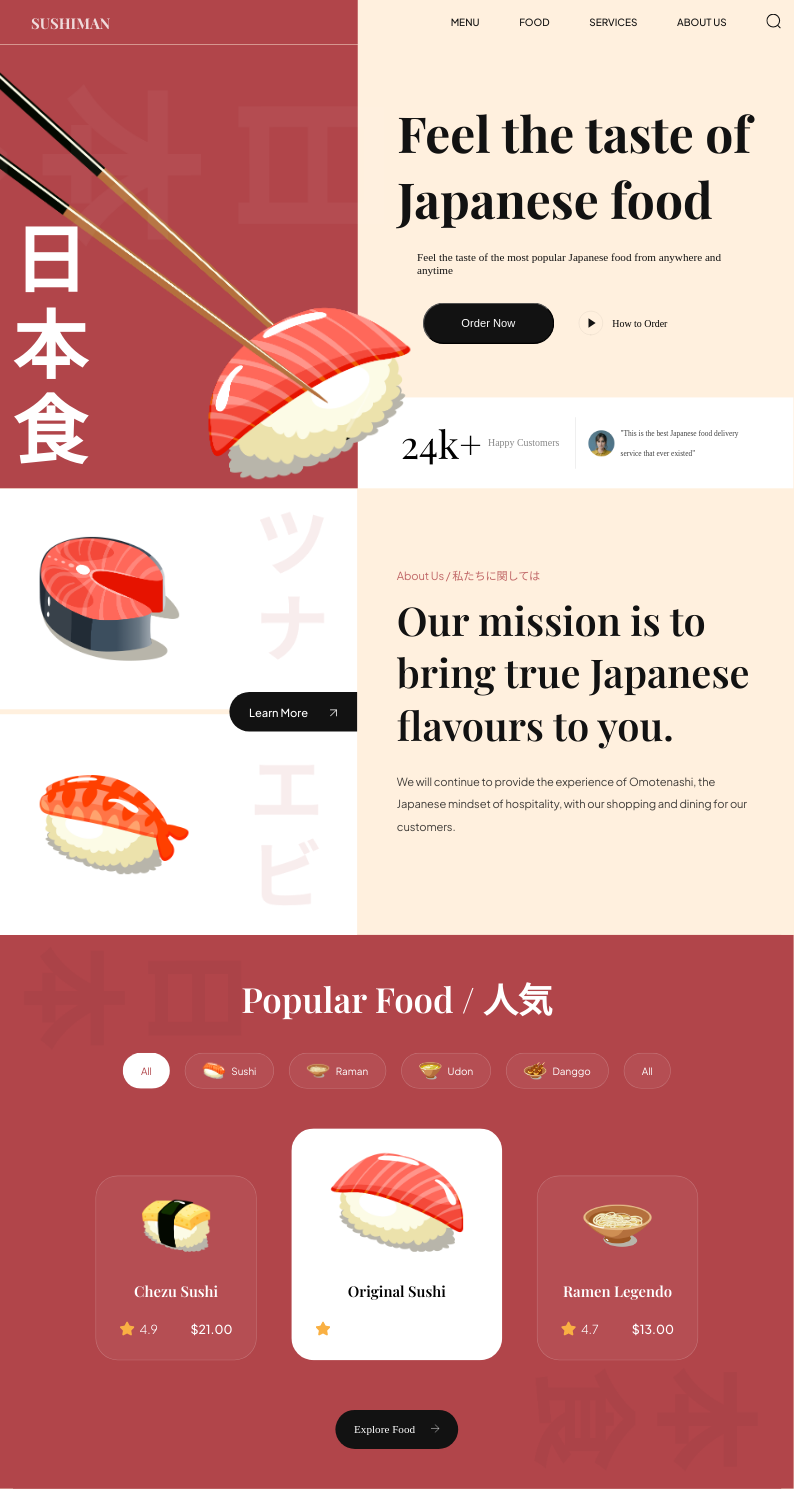
Repository: echoyol/sushiWebsite
Page: index.html
An editor plug-in stored every save of this project. The page is shown before and after the next save, followed by the edit.
The browser window is 1280 px wide. The pictures show the whole page, at 62% of full size.

Above is the page before, as saved 2023-06-05 21:00:55.

### index.html
<!DOCTYPE html>
<html lang="en">
  <head>
    <meta charset="UTF-8" />
    <meta
      http-equiv="X-UA-Compatible"
      content="IE=edge"
    />
    <meta
      name="viewport"
      content="width=device-width, initial-scale=1.0"
    />
    <link
      rel="icon"
      type="image/png"
      href="/public/sushi.png"
    />
    <link
      rel="stylesheet"
      href="/css/style.css"
    />
    <title>Sushiman</title>
  </head>
  <body>
    <header>
      <nav class="header_nav">
        <div class="header__logo">
          <h4>Sushiman</h4>
          <div class="header__logo-overlay"></div>
        </div>
        <ul class="header__menu">
          <li>
            <a href="#menu">Menu</a>
          </li>
          <li>
            <a href="#food">Food</a>
          </li>
          <li>
            <a href="#services">Services</a>
          </li>
          <li>
            <a href="#about-us">About Us</a>
          </li>
          <li>
            <img
              src="assets/search.svg"
              alt="search"
            />
          </li>
        </ul>
        <ul class="header__menu-mobile">
          <li>
            <img
              src="assets/menu.svg"
              alt="menu"
            />
          </li>
        </ul>
      </nav>
    </header>

    <section class="hero">
      <div class="hero-image">
        <img
          src="assets/sushi-1.png"
          alt="sushi"
        />
        <h2>
          日<br />
          本<br />
          食
        </h2>

        <div class="hero-image__overlay"></div>
      </div>

      <div class="hero-content">
        <div class="hero-content-info">
          <h1>Feel the taste of Japanese food</h1>
          <p>
            Feel the taste of the most popular Japanese food from anywhere and
            anytime
          </p>

          <div class="hero-content__buttons">
            <button class="hero-content__order-button">Order Now</button>
            <button class="hero-content__play-button">
              <img
                src="assets/play-circle.svg"
                alt="play"
              />
              How to Order
            </button>
          </div>
        </div>
        <div class="hero-content__testimonial">
          <div class="hero-content__customer flex-center">
            <h4>24<span>k+</span></h4>
            <p>Happy Customers</p>
          </div>

          <div class="hero-content__review">
            <img
              src="assets/user.png"
              alt="user"
            />
            <p>
              "This is the best Japanese food delivery service that ever
              existed"
            </p>
          </div>
        </div>
      </div>
    </section>

    <section
      class="about-us"
      id="about-us"
    >
      <div class="about-us__image">
        <div class="about-us__image-sushi3">
          <img
            src="assets/sushi-3.png"
            alt="sushi"
          />
        </div>

        <button class="about-us__button">
          Learn More

          <img
            src="assets/arrow-up-right.svg"
            alt="learn more"
          />
        </button>

        <div class="about-us__image-sushi2">
          <img
            src="assets/sushi-2.png"
            alt="sushi"
          />
        </div>
      </div>

      <div class="about-us__content">
        <p class="sushi__subtitle">About Us / 私たちに関しては</p>
        <h3 class="sushi__title">
          Our mission is to bring true Japanese flavours to you.
        </h3>
        <p class="sushi__description">
          We will continue to provide the experience of Omotenashi, the Japanese
          mindset of hospitality, with our shopping and dining for our
          customers.
        </p>
      </div>
    </section>

    <section
      class="popular-foods"
      id="menu"
    >
      <h2 class="popular-foods__title">Popular Food / 人気</h2>

      <div class="popular-foods__filters sushi__hide-scrollbar">
        <button class="popular-foods__filter-btn active">All</button>
        <button class="popular-foods__filter-btn">
          <img
            src="assets/sushi-9.png"
            alt="sushi 9"
          />
          Sushi
        </button>
        <button class="popular-foods__filter-btn">
          <img
            src="assets/sushi-8.png"
            alt="sushi 8"
          />
          Raman
        </button>
        <button class="popular-foods__filter-btn">
          <img
            src="assets/sushi-7.png"
            alt="sushi 7"
          />
          Udon
        </button>
        <button class="popular-foods__filter-btn">
          <img
            src="assets/sushi-6.png"
            alt="sushi 6"
          />
          Danggo
        </button>
        <button class="popular-foods__filter-btn">All</button>
      </div>

      <div class="popular-foods__catalogue">
        <article class="popular-foods__card">
          <img
            class="popular-foods__card-image"
            src="assets/sushi-12.png"
            alt="sushi-12"
          />
          <h4 class="popular-foods__card-title">Chezu Sushi</h4>

          <div class="popular-foods__card-details flex-between">
            <div class="popular-foods__card-rating">
              <img
                src="assets/star.svg"
                alt="star"
              />
              <p>4.9</p>
            </div>
            <p class="popular-foods__card-price">$21.00</p>
          </div>
        </article>

        <article class="popular-foods__card active-card">
          <img
            class="popular-foods__card-image"
            src="assets/sushi-11.png"
            alt="sushi-11"
          />
          <h4 class="popular-foods__card-title">Original Sushi</h4>

          <div class="popular-foods__card-details flex-between">
            <div class="popular-foods__card-rating">
              <img
                src="assets/star.svg"
                alt="star"
              />
              <p>5.0</p>
            </div>
            <p class="popular-foods__card-price">$19.00</p>
          </div>
        </article>

        <article class="popular-foods__card">
          <img
            class="popular-foods__card-image"
            src="assets/sushi-10.png"
            alt="sushi-10"
          />
          <h4 class="popular-foods__card-title">Ramen Legendo</h4>

          <div class="popular-foods__card-details flex-between">
            <div class="popular-foods__card-rating">
              <img
                src="assets/star.svg"
                alt="star"
              />
              <p>4.7</p>
            </div>
            <p class="popular-foods__card-price">$13.00</p>
          </div>
        </article>
      </div>

      <button class="popular-foods__button">
        Explore Food
        <img
          src="assets/arrow-right.svg"
          alt="arrow-right"
        />
      </button>
    </section>
    <script
      src="js/script.js"
      type="module"
    ></script>
  </body>
</html>

### css/style.css
@import url('https://fonts.googleapis.com/css2?family=Playfair+Display:wght@400;500;600;700;800;900&display=swap');
@import url('https://fonts.googleapis.com/css2?family=Plus+Jakarta+Sans:wght@200;300;400;500;600;700;800&display=swap');

/* other css file imports */
@import url('sections/header.css');
@import url('sections/hero.css');
@import url('sections/about.css');
@import url('sections/popular.css');
@import url('sections/trending.css');
@import url('sections/subscribe.css');
@import url('sections/footer.css');

/* CSS variables for reusablity across all files (including above imported) */
:root {
  --playfair-display: 'Playfair Display', serif;
  --plus-jakarta-sans: 'Plus Jakarta Sans', sans-serif;

  --primary-color: #b1454a;
  --secondary-color: #121212;

  --black-200: #020202;
  --black-300: #333333;
  --black-400: #1f1e31;
  --black-500: #555555;
  --gray-100: #888888;

  --color-white: #fff;
  --color-creamson: #fff0de;
}

* {
  margin: 0;
  padding: 0;
  box-sizing: border-box;
  scroll-behavior: smooth;
}

body {
  max-width: 1280px;
  margin: 0 auto;
  background-color: var(--color-creamson);
}

a {
  text-decoration: none;
  color: inherit;
}

.flex-center {
  display: flex;
  justify-content: center;
  align-items: center;
}

.flex-between {
  display: flex;
  justify-content: space-between;
  align-items: center;
}

.sushi__subtitle {
  font-size: 18px;
  font-weight: 400;
  font-family: var(--plus-jakarta-sans);

  color: var(--primary-color);
  opacity: 0.8;

  letter-spacing: -0.01em;
}

.sushi__title {
  font-size: 64px;
  font-weight: 600;
  font-family: var(--playfair-display);

  color: var(--secondary-color);

  margin-top: 16px;
}

.sushi__description {
  font-size: 18px;
  font-weight: 400;
  font-family: var(--plus-jakarta-sans);

  line-height: 36px;
  letter-spacing: -0.01em;

  color: var(--secondary-color);
  opacity: 0.8;

  margin: 32px 0px;
}

/* Hide scrollbar for Chrome, Safari and Opera */
.sushi__hide-scrollbar::-webkit-scrollbar {
  display: none;
}

/* Hide scrollbar for IE, Edge and Firefox */
.sushi__hide-scrollbar {
  -ms-overflow-style: none; /* IE and Edge */
  scrollbar-width: none; /* Firefox */
}

/* START: about us media queries */
@media screen and (max-width: 1024px) {
  .about-us {
    flex-direction: column;
  }

  .about-us__image {
    flex-direction: row;
  }

  .about-us__image-sushi3 {
    border-bottom: none;
    border-right: 8px solid var(--color-creamson);
  }

  .about-us__button {
    display: none;
  }
}

@media screen and (max-width: 750px) {
  .about-us__image {
    flex-direction: column;
  }

  .about-us__image-sushi3 {
    border-bottom: 8px solid var(--color-creamson);
    border-right: none;
  }

  .about-us__button {
    display: block;
    top: 47%;
  }
}

@media screen and (max-width: 550px) {
  .about-us__image-sushi2 img,
  .about-us__image-sushi3 img {
    width: 50%;
    height: 160px;

    object-fit: contain;
  }

  .about-us__image div {
    padding: 32px;
  }

  .about-us__button {
    top: 44%;
  }

  .about-us__content {
    padding: 32px;
  }
}
/* END: about us media queries */

/* START: header media querie */
@media screen and (max-width: 900px) {
  .header__nav {
    background: var(--primary-color);
  }

  .header__menu {
    display: none;
  }

  .header__menu-mobile {
    display: flex;
  }
}

@media screen and (max-width: 550px) {
  .header__logo {
    padding-left: 0;
  }
}
/* END: header media queries */

/* START: hero media queries */
@media screen and (max-width: 1060px) {
  .hero {
    flex-direction: column;
  }

  .hero-image img {
    width: 100%;

    transform: matrix(1, 0.05, 0, 1.25, 0, 0) !important;
  }
}

@media screen and (max-width: 750px) {
  .hero-image h2 {
    font-size: 70px;
    line-height: 90px;
  }
}

@media screen and (max-width: 550px) {
  .hero-image h2 {
    font-size: 40px;
    line-height: 60px;
  }

  .hero-content-info {
    padding: 32px;
  }

  .hero-content-info h1 {
    font-size: 60px;
  }

  .hero-content-info p {
    margin: 32px 0;
  }

  .hero-content__buttons {
    margin: 41px 0;
  }

  .hero-content__testimonial {
    padding: 32px;
  }
}
/* END: hero media queries */

/* START: popular media queries */
@media screen and (max-width: 550px) {
  .popular-foods {
    padding: 64px 32px;
  }

  .popular-foods__card,
  .popular-foods__card.active-card {
    min-width: 100%;
  }
}
/* END: popular media queries */

/* START: subscribe media queries */
@media screen and (max-width: 550px) {
  .subscription {
    padding: 64px 32px;
  }

  .subscription h2 {
    font-size: 68px;
    line-height: 100px;
  }

  .subscription__form {
    flex-direction: column;
    gap: 20px;

    min-width: 100%;
    border-radius: 20px;
    padding: 0;

    border: none;
  }

  .subscription__form input {
    min-height: 50px;

    border: 1px solid rgba(255, 255, 255, 0.5);
    padding: 10px 20px;
    border-radius: 30px;
  }

  .subscription__form button {
    min-width: 100%;
  }
}
/* END: subscribe media queries */

/* START: trending media queries */
@media screen and (max-width: 1024px) {
  .trending-sushi {
    flex-direction: column;
  }

  .trending-drink {
    flex-direction: column-reverse;
  }

  .trending__image {
    width: 100%;
    background-size: cover;
  }

  .trending__discover {
    display: none;
  }

  .trending__arrow {
    display: none;
  }
}

@media screen and (max-width: 550px) {
  .trending__image img {
    width: 70%;
    height: 70%;
  }

  .trending__content {
    padding: 32px;
  }
}
/* END: trending media queries */

### js/script.js
// import AOS from 'aos'
// import 'aos/dist/aos.css'

// // init AOS animation
// AOS.init({
//   duration: 1000,
//   offset: 100,
// })

### css/sections/header.css
.header_nav {
  display: flex;
  overflow: hidden;
}

.header__logo {
  flex: 1;
  display: flex;
  position: relative;
  padding: 20px;
}

.header__logo-overlay {
  position: absolute;
  inset: 0;
  width: 100%;
  background-color: var(--primary-color);
  z-index: -1;
}

.header__logo h4 {
  padding-left: 30px;
  font-weight: 700;
  font-size: 24px;
  text-transform: uppercase;
  font-family: var(--playfair-display);
  color: #fff;
  opacity: 0.8;
}

.header__menu,
.header__menu-mobile {
  padding: 20px;
  flex: 1.236;
  display: flex;
  align-items: center;
  justify-content: flex-end;
  gap: 64px;

  list-style: none;
}

.header__menu li {
  font-weight: 500;
  font-family: var(--plus-jakarta-sans);
  color: var(--secondary-color);
  font-size: 16px;
  text-transform: uppercase;
  line-height: 20px;
  cursor: pointer;
}

.header__menu li img {
  width: 24px;
  height: 24px;
  object-fit: contain;
}

.header__menu-mobile {
  display: none;
  gap: 20px;
  position: relative;
}

### css/sections/hero.css
.hero {
  display: flex;
  min-height: calc(100vh-74px);
  overflow: hidden;
}

.hero-image {
  flex: 1;
  display: flex;
  flex-direction: column;
  position: relative;
  z-index: 5;
}

.hero-image img {
  width: 120%;
  height: 100%;
  object-fit: contain;
}

.hero-image__overlay {
  position: absolute;
  inset: 0;
  width: 100%;
  background-color: var(--primary-color);
  z-index: -1;
}

.hero-image h2 {
  position: absolute;
  bottom: 0;
  padding: 20px;
  font-family: var(--playfair-diaplay);
  font-weight: 700;
  font-size: 120px;
  line-height: 138px;
  color: #fff;
}

.hero-content {
  flex: 1.22;
  display: flex;
  justify-content: space-between;
  flex-direction: column;
}

.hero-content-info {
  padding: 64px;
  flex: 1;
  display: flex;
  justify-content: center;
  flex-direction: column;
}

.hero-content-info h1 {
  font-size: 80px;
  font-weight: 600px;
  font-family: var(--playfair-display);
  color: var(--secondary-color);
}

.hero-content-info p {
  margin: 32px 0 0 32px;
  font-family: var(--plus-jakarta-sana);
  color: var(--secondary-color);
  font-size: 18px;
  font-weight: 400;
}

.hero-content__buttons {
  margin: 41px 0 0 41px;
  display: flex;
  flex-wrap: wrap;
  gap: 36px;
}

.hero-content__order-button {
  padding: 20px;
  border-radius: 36px;
  min-width: 212px;
  outline: none;
  background-color: var(--secondary-color);
  cursor: pointer;
  color: #fff;
  font-weight: 500;
  font-size: 18px;
  line-height: 23px;
}

.hero-content__play-button {
  border: none;
  outline: none;
  background: transparent;

  display: flex;
  align-items: center;

  font-size: 16px;
  line-height: 19px;
  color: var(--black-200);
  font-family: var(--plus-jakarta-sana);

  cursor: pointer;
}

.hero-content__play-button img {
  margin-right: 12px;

  width: 46px;
  height: 46px;
  object-fit: contain;
}

.hero-content__testimonial {
  padding: 32px 64px;

  display: flex;
  flex-wrap: wrap;
  gap: 20px;

  background: var(--color-white);
}

.hero-content__customer {
  flex: 1;
  gap: 10px;
}

.hero-content__customer h4 {
  font-size: 62px;
  font-weight: 400;
  font-family: var(--playfair-display);
}

.hero-content__customer p {
  font-size: 16px;
  font-weight: 400;
  font-family: var(--plus-jakarta-sana);
  color: var(--secondary-color);
  opacity: 0.5;
}

.hero-content__review {
  flex: 1;
  display: flex;
  align-items: center;
  gap: 10px;

  padding-left: 20px;
  border-left: 1px solid rgba(2, 2, 2, 0.1);
  min-width: 200px;
}
.hero-content__review img {
  width: 42px;
  height: 42px;
  object-fit: contain;
}

.hero-content__review p {
  font-size: 12px;
  font-weight: 400;
  line-height: 32px;
  font-family: var(--plus-jakarta-sana);
  color: var(--secondary-color);
  opacity: 0.8;
}

### css/sections/about.css
.about-us {
  display: flex;
  min-height: 720px;
  overflow: hidden;
}

.about-us__image {
  flex: 1;
  display: flex;
  flex-direction: column;
  justify-content: center;

  background: var(--color-white);

  position: relative;
}

.about-us__image div {
  padding: 32px 64px;

  flex: 1;
  display: flex;
  align-items: center;

  background-position: center;
  background-repeat: no-repeat;
  background-size: contain;
}

.about-us__image-sushi3 {
  border-bottom: 8px solid var(--color-creamson);

  background-image: url('../../assets/about_bg1.png');
}

.about-us__image-sushi2 {
  background-image: url('../../assets/about_bg2.png');
}

.about-us__image-sushi3 img {
  width: 225px;
  height: 200px;
}

.about-us__image-sushi2 img {
  width: 240px;
  height: 160px;
}

.about-us__button {
  position: absolute;
  right: 0;

  padding: 12px 32px;
  min-height: 64px;

  background: var(--secondary-color);
  border-radius: 32px 0 0 32px;
  border: 0;
  outline: 0;

  color: #fff;
  font-family: var(--plus-jakarta-sans);
  font-weight: 500;
  font-size: 18px;
  line-height: 23px;
  cursor: pointer;
}

.about-us__button img {
  object-fit: contain;
  margin-left: 32px;
}

.about-us__content {
  padding: 64px;

  flex: 1;
  display: flex;
  justify-content: center;
  flex-direction: column;
}

### css/sections/popular.css
.popular-foods {
  padding: 64px;

  display: flex;
  flex-direction: column;

  background-color: var(--primary-color);
  background-image: url('../../assets/popular_bg.png');
  background-position: center;
  background-repeat: no-repeat;
  background-size: contain;

  overflow: hidden;
}

.popular-foods__title {
  font-size: 56px;
  font-family: var(--playfair-display);
  font-weight: 600;
  line-height: 78px;
  color: #fff;
  text-align: center;
}

.popular-foods__filters {
  margin-top: 48px;
  max-width: 100%;
  overflow-x: auto;

  display: flex;
  justify-content: center;
  gap: 24px;
}

.popular-foods__filter-btn {
  padding: 10px 28px;

  display: flex;
  flex-direction: row;
  align-items: center;
  gap: 10px;

  background: rgba(255, 255, 255, 0.05);
  border: 1px solid rgba(255, 255, 255, 0.2);
  border-radius: 46px;

  font-size: 16px;
  font-weight: 300px;
  line-height: 25px;
  font-family: var(--plus-jakarta-sans);
  color: #fff;
  cursor: pointer;
}

.popular-foods__filter-btn img {
  width: 36px;
  height: 36px;
  object-fit: contain;
}

.popular-foods__filter-btn.active {
  background-color: #fff;
  color: var(--primary-color);
}

.popular-foods__filter-btn:hover {
  background-color: #fff;
  color: var(--primary-color);
}

.popular-foods__catalogue {
  margin-top: 64px;

  display: flex;
  justify-content: center;
  align-items: flex-end;
  flex-wrap: wrap;
  gap: 56px;
}

.popular-foods__button {
  width: fit-content;

  padding: 20px 30px;
  margin: 80px auto 0;

  font-weight: 500;
  font-size: 18px;
  line-height: 23px;
  font-family: var(--secondary-color);
  color: #fff;

  border: none;
  outline: none;
  background: var(--secondary-color);
  border-radius: 64px;
  cursor: pointer;
}

.popular-foods__button img {
  width: 14px;
  height: 14px;
  object-fit: contain;

  margin-left: 21px;
}

.popular-foods__card {
  padding: 38px;
  min-width: 260px;
  height: fit-content;

  display: flex;
  align-items: center;
  flex-direction: column;

  border-radius: 36px;
  background: rgba(255, 255, 255, 0.05);
  border: 1px solid rgba(255, 255, 255, 0.2);
}

.popular-foods__card-image {
  width: 110px;
  height: 84px;
  object-fit: contain;
}

.popular-foods__card-title {
  margin-top: 47px;

  font-weight: 600;
  font-size: 24px;
  line-height: 32px;
  font-family: var(--playfair-display);
  color: #fff;
  text-align: center;
}

.popular-foods__card-details {
  width: 100%;
  margin-top: 32px;
}

.popular-foods__card-rating {
  display: flex;
  align-items: center;
  gap: 8px;
}

.popular-foods__card-rating img {
  width: 24px;
  height: 24px;
  object-fit: contain;
}

.popular-foods__card-rating p {
  font-size: 20px;
  font-weight: 300;
  font-family: var(--plus-jakarta-sans);
  color: #fff;
}

.popular-foods__card-price {
  font-size: 20px;
  font-weight: 500;
  font-family: var(--plus-jakarta-sans);
  color: #fff;
}

.popular-foods__card.active-card {
  background: #fff;
  min-width: 340px;
}

.popular-foods__card.active-card .popular-foods__card-image {
  width: 214px;
  height: 160px;
}

.popular-foods__card.active-card .popular-foods__card-title {
  color: var(--backk-500);
}

.popular-foods__card.active-card .popular-foods__card-rating img {
}

.popular-foods__card.active-card .popular-foods__card-rating p {
}

Loaded but not shown: css/sections/trending.css (no stored copy; drawn as an empty file); css/sections/subscribe.css (no stored copy; drawn as an empty file); css/sections/footer.css (no stored copy; drawn as an empty file)

After the next save:
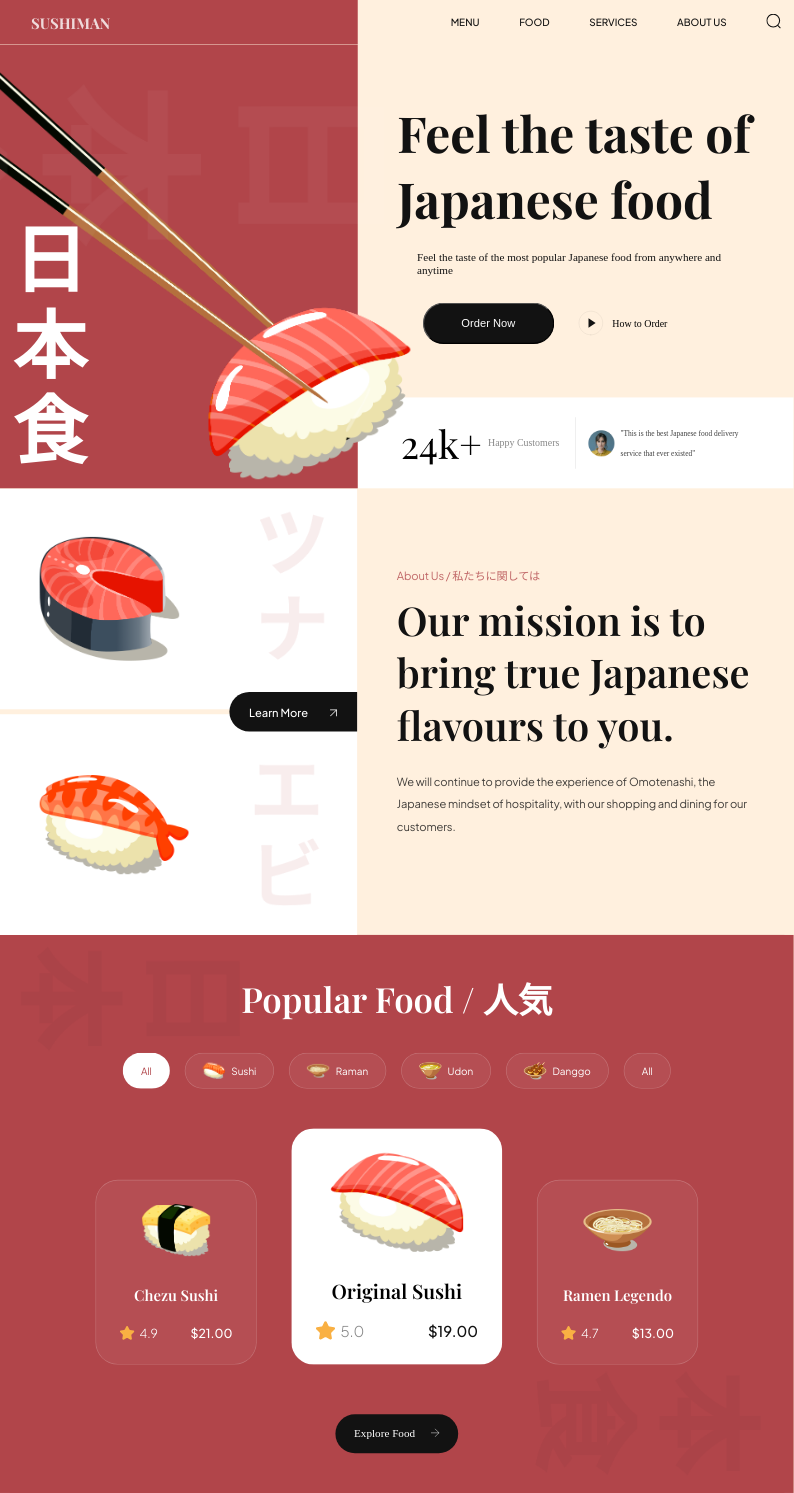
Saved 2 min 14 s later.
--- a/css/sections/popular.css
+++ b/css/sections/popular.css
@@ -179,10 +179,20 @@
 
 .popular-foods__card.active-card .popular-foods__card-title {
   color: var(--backk-500);
+  font-size: 32px;
 }
 
 .popular-foods__card.active-card .popular-foods__card-rating img {
+  width: 32px;
+  height: 32px;
 }
 
 .popular-foods__card.active-card .popular-foods__card-rating p {
+  font-size: 24px;
+  color: var(--gray-100);
 }
+
+.popular-foods__card.active-card .popular-foods__card-price {
+  font-size: 24px;
+  color: var(--secondary-color);
+}
